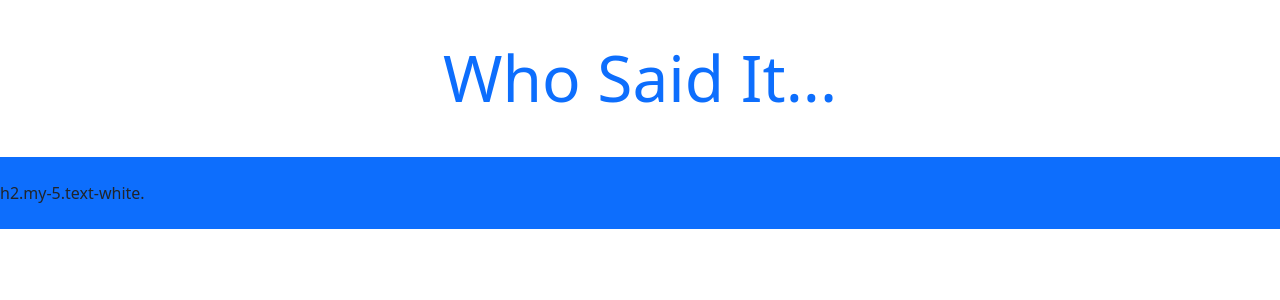
Repository: julihocc/Presentation-02-Forms-with-vanilla-JS
Page: index.html
An editor plug-in stored every save of this project. The page is shown before and after a run of saves, followed by the edit.
The browser window is 1280 px wide. The pictures show the whole page.

Above is the page before, as saved 2022-09-27 13:11:56.

### index.html
<!-- step 0.1: create HTML5 template -->
<!DOCTYPE html>
<html lang="en">

<head>
    <meta charset="UTF-8">
    <meta http-equiv="X-UA-Compatible" content="IE=edge">
    <meta name="viewport" content="width=device-width, initial-scale=1.0">

    <!-- step 0.4: include bootstrap -->
    <!-- CSS only -->
    <link href="https://cdn.jsdelivr.net/npm/bootstrap@5.2.1/dist/css/bootstrap.min.css" rel="stylesheet"
        integrity="sha384-iYQeCzEYFbKjA/T2uDLTpkwGzCiq6soy8tYaI1GyVh/UjpbCx/TYkiZhlZB6+fzT" crossorigin="anonymous">

        <!-- step 0.2: change title -->
    <title>Who Said It...</title>
</head>

<body>

    <!-- step 1.1 top section -->
    <div class="intro py-3 bg-white text-center">
        <div class="container">
            <h2 class="text-primary display-3 my-4">
                Who Said It...
            </h2>
        </div>
    </div>

    <!-- step 1.4: quiz section -->
    <div class="quiz py-4 bg-primary">
        <div class="containter">
            h2.my-5.text-white.
        </div>
    </div>

    <!-- step 0.3: link js -->
    <script src="app.js"></script>
</body>

</html>

Loaded but not shown: app.js (no copy from this time; the picture is the same without it)

After the next 3 saves:
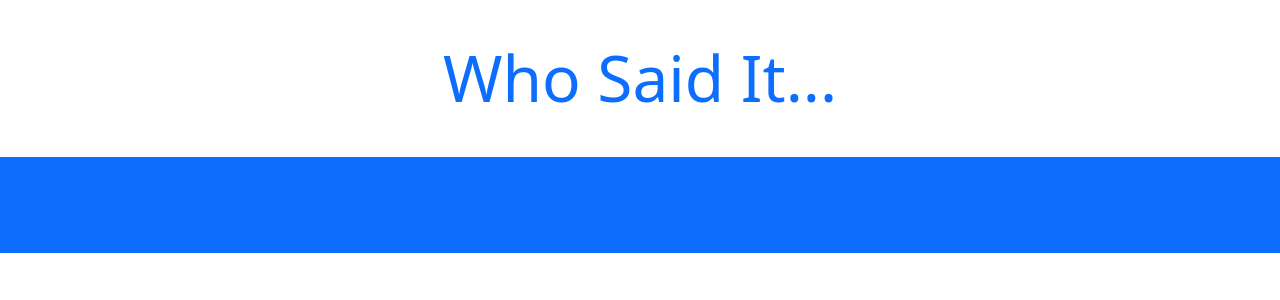
The 3 saves are shown as one change because they came seconds apart.
The last was saved 4 min 16 s later.
--- a/index.html
+++ b/index.html
@@ -30,7 +30,9 @@
     <!-- step 1.4: quiz section -->
     <div class="quiz py-4 bg-primary">
         <div class="containter">
-            h2.my-5.text-white.
+            <h2 class="my-5 text-white">
+
+            </h2>
         </div>
     </div>
 
